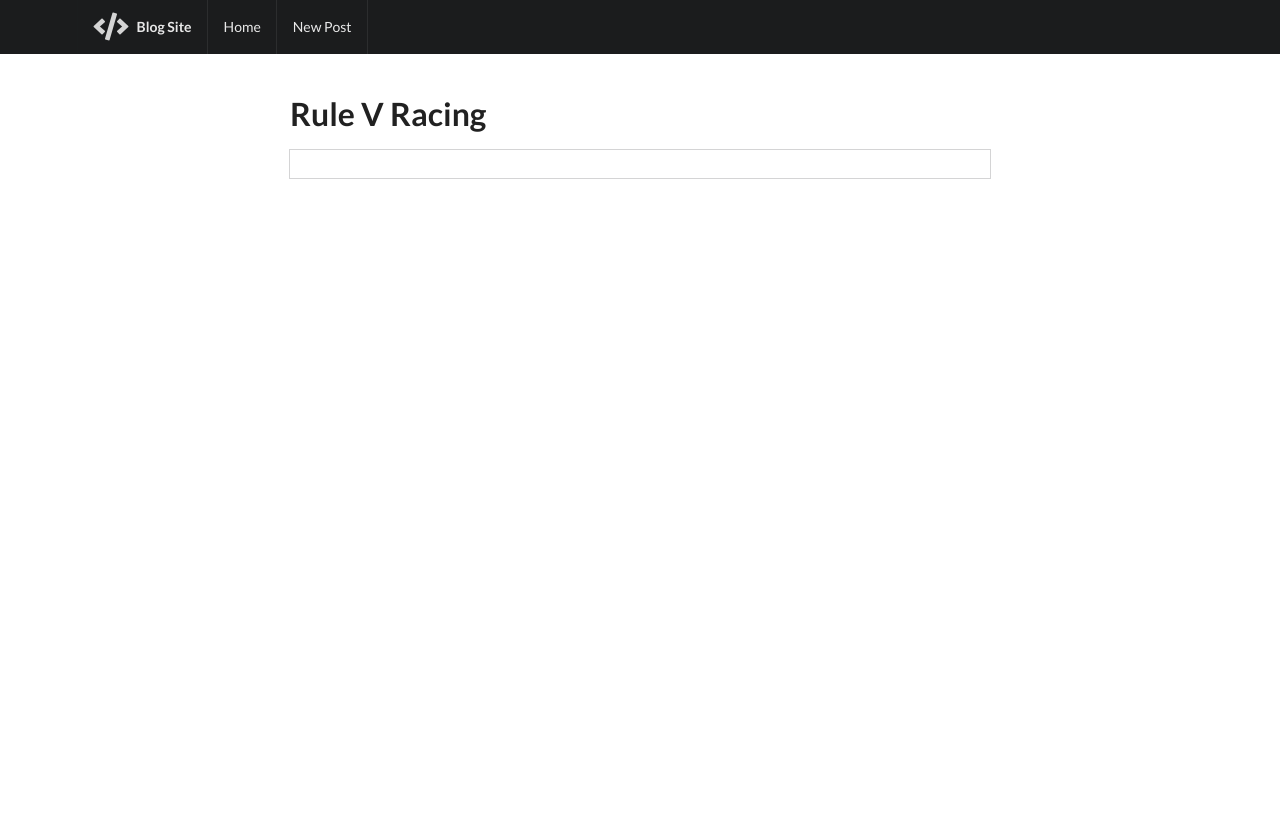
Repository: itsSYBruce/Redfin-Food-Truck
Page: http://localhost/blogs
The author's editor kept a record of every edit. The page is drawn from the files as they stood at one moment, then again after the next edit.
The browser window is 1280 px wide. The pictures show the whole page.
Some web libraries are served in a nearby version. The page is served by the project's Node server (RESTful Routing/RESTfulBlogApp/app.js). Queries for data that is not in the repository find no rows.

Above is the page before.

### rulev bs4/RESTful Routing/RESTfulBlogApp/views/index.ejs
<% include partials/header %>
<div class="ui main text container">
    <div class="ui huge header">Rule V Racing</div>
    <div class="ui top  attached segment">
        <div class="ui divided items">
            <% blogs.forEach(function(blog){ %>
                <div class="item">
                    <div class="image">
                        <img src="<%= blog.image %>" >
                    </div>
                    <div class="content">
                         <a class="header" href="/blogs/<%= blog._id %>"><%=blog.title%></a>
                         <div class="meta">
                             <span><%= blog.created.toDateString() %></span>
                         </div>
                         <div class="description">
                             <p><%- blog.body.substring(0, 100) %>...</p>
                         </div>
                         <div class="extra">
                             <a class="ui floated basic violet button" href="/blogs/<%= blog._id %>">
                                 Read More
                                 <i class="right chevron icon"></i>
                             </a>
                         </div>
                    </div>
                </div>
            <% }) %>
        </div>
    </div>
</div>



<% include partials/footer %>

### rulev bs4/RESTful Routing/RESTfulBlogApp/views/partials/header.ejs
<html>
    <head>
        <title>
            Rule V Racing
        </title>
        <link rel = "stylesheet" type = "text/css" href = "https://cdnjs.cloudflare.com/ajax/libs/semantic-ui/2.1.4/semantic.min.css">
        <link rel = "stylesheet" type = "text/css" href = "/stylesheets/app.css">
    </head>
    <body>
        <div class = "ui fixed inverted menu">
            <div class = "ui container">
                <div class = "header item"><i class = "code icon"></i>Blog Site</div>
                <a href = "/" class = "item">Home</a>
                <a href = "/blogs/new" class = "item">New Post</a>
            </div>
        </div>

### rulev bs4/RESTful Routing/RESTfulBlogApp/views/partials/footer.ejs

    </body>

</html>

### rulev bs4/RESTful Routing/RESTfulBlogApp/app.js
var express = require("express");
var app = express();
var bodyParser = require("body-parser");
var mongoose = require("mongoose");
var methodOverride = require("method-override");
var expressSanitizer = require("express-sanitizer");

//MONGOOSE CONFIG
mongoose.connect("mongodb://localhost/restful_blog_app",  { useNewUrlParser: true });
app.set("view engine", "ejs");
app.use(express.static("public"));
app.use(bodyParser.urlencoded({extended:true}));
app.use(methodOverride("_method"));
app.use(expressSanitizer());
//MONGOOSE/MODEL
var blogSchema = new mongoose.Schema({
    title: String,
    image: String,
    body: String,
    created: {type: Date, default: Date.now}
})
var Blog = mongoose.model("Blog", blogSchema);

// Blog.create( {
//     title: "mark",
//     image: "https://static1.squarespace.com/static/575b7b93c6fc08a912726ad7/575dbd98d210b82f783dfbbf/599270eed2b8572bae2aad4a/1540846235861/untitled-30.jpg?format=500w",
//     body: "body"
// })
//RESTFUL ROUTES
app.get("/", function(req, res) {
    res.redirect("/blogs");
})


//INDEX
app.get("/blogs", function(req, res) {
    Blog.find({}, function(err, blogs) {
        if(err) {
            console.log("err");
        } else {
            res.render("index", {blogs: blogs});
        }
    })
})

//NEW
app.get("/blogs/new", function(req, res) {
    res.render("new");
})


//CREATE
app.post("/blogs", function(req, res) {
    req.body.blog.body = req.sanitize(req.body.blog.body);
    Blog.create(req.body.blog, function(err, newBlog) {
        if (err) {
            res.render("new");
        }
        else {
            res.redirect("/blogs");
        }
    })
})


//SHOW
app.get("/blogs/:id", function(req, res) {
    Blog.findById(req.params.id, function(err, foundBlog) {
        if (err) {
            console.log(err);
            res.redirect("/blogs");
        }
        else {
            res.render("show", {blog: foundBlog});
        }
    });
    //res.send("SHOW PAGE");
})

//EDIT ROUTE
app.get("/blogs/:id/edit", function(req, res){
    Blog.findById(req.params.id, function(err, foundBlog){
        if(err){
            res.redirect("/blogs");
        } else {
            res.render("edit", {blog: foundBlog});
        }
    });
})

//UPDATE
app.put("/blogs/:id", function(req, res){
      req.body.blog.body = req.sanitize(req.body.blog.body);
      Blog.findByIdAndUpdate(req.params.id, req.body.blog, function(err, updatedBlog){
      if(err){
          res.redirect("/blogs");
      }  else {
          res.redirect("/blogs/" + req.params.id);
      }
   });
});

//
app.delete("/blogs/:id", function(req, res) {
    Blog.findByIdAndRemove(req.params.id, function(err) {
        if (err) {
            res.redirect("/blogs");
        }
        else {
             res.redirect("/blogs");
        }
    });
});


app.listen(process.env.PORT, process.env.IP, function() {
    console.log("sail the boat captain");
})

### rulev bs4/RESTful Routing/RESTfulBlogApp/public/stylesheets/app.css
i.icon {
    font-size: 2em;
}

.container.main {
    margin-top: 7rem;
}

#delete {
    display: inline;
}

After the next edit:
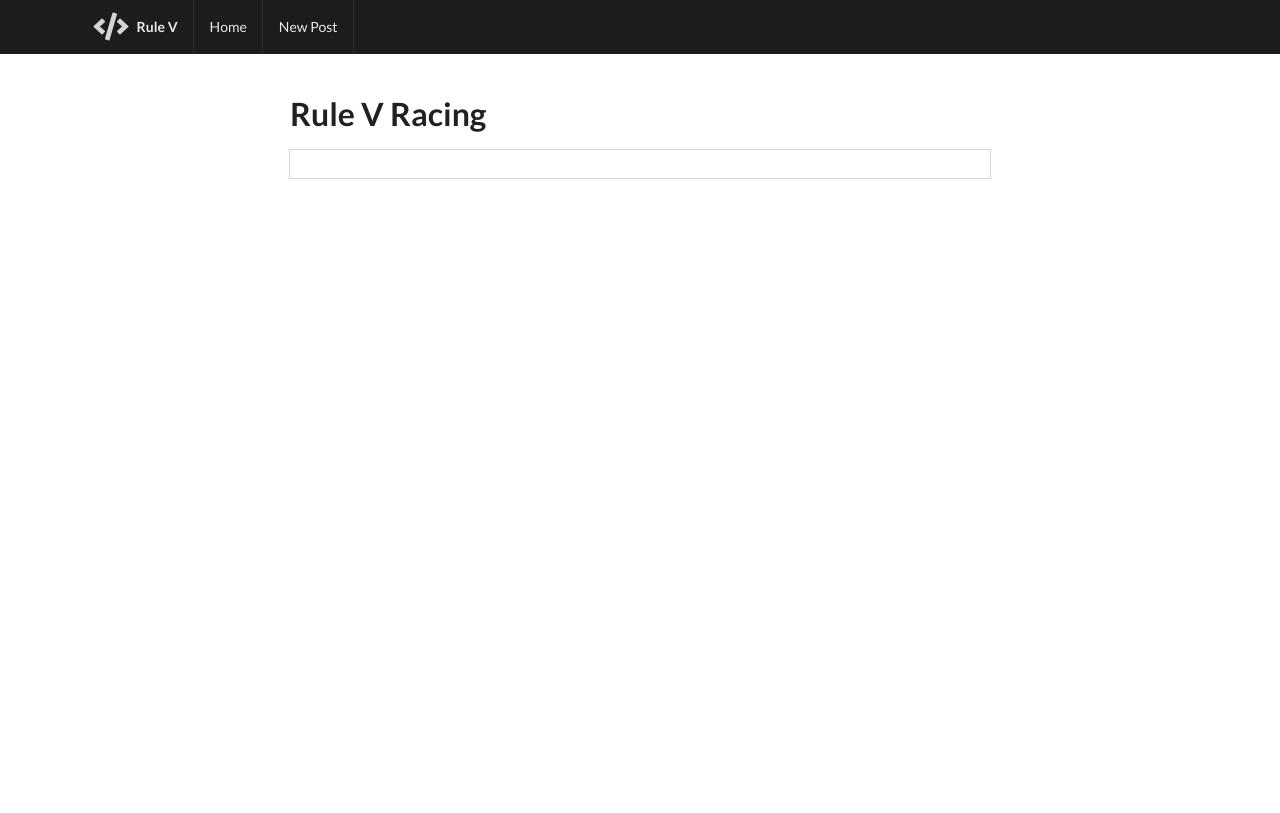
The edit:
--- a/rulev bs4/RESTful Routing/RESTfulBlogApp/views/partials/header.ejs
+++ b/rulev bs4/RESTful Routing/RESTfulBlogApp/views/partials/header.ejs
@@ -9,7 +9,12 @@
     <body>
         <div class = "ui fixed inverted menu">
             <div class = "ui container">
-                <div class = "header item"><i class = "code icon"></i>Blog Site</div>
+                <div class = "header item">
+                    <i class = "code icon"></i>
+                    <a href = "/">
+                        Rule V
+                    </a>
+                </div>
                 <a href = "/" class = "item">Home</a>
                 <a href = "/blogs/new" class = "item">New Post</a>
             </div>
